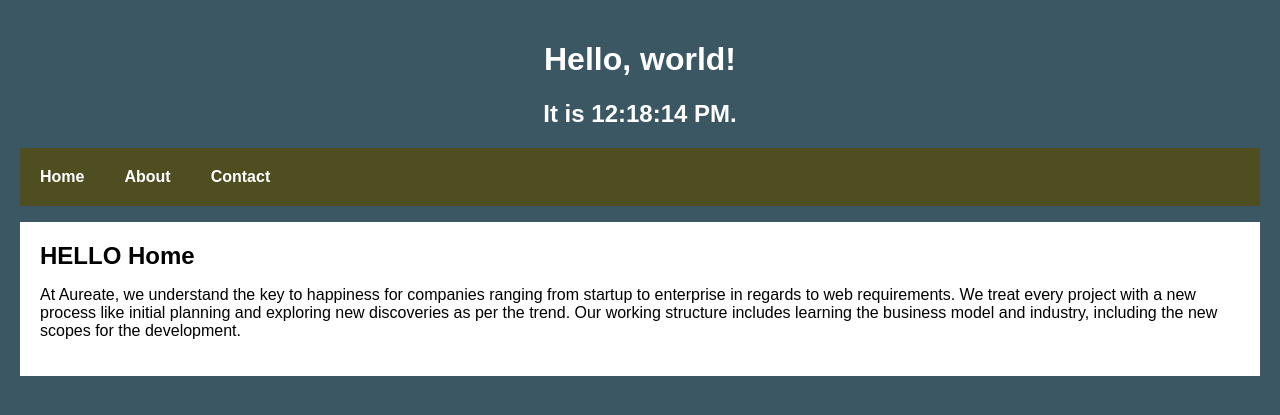
Repository: hardikaureate/React-Pages-Menu
Page: /
The author's editor kept a copy of each file at every save. The page is drawn from the files as they stood at one save, then again after the next save.
The browser window is 1280 px wide. The pictures show the whole page.
The project was rebuilt for these pictures with package versions that can differ from the ones it lists, and the page was loaded fresh each time. Also part of the build but not shown: src/About.js, src/Contact.js.

Above is the page before, as saved 2020-10-09 14:58:48.

After the next save:
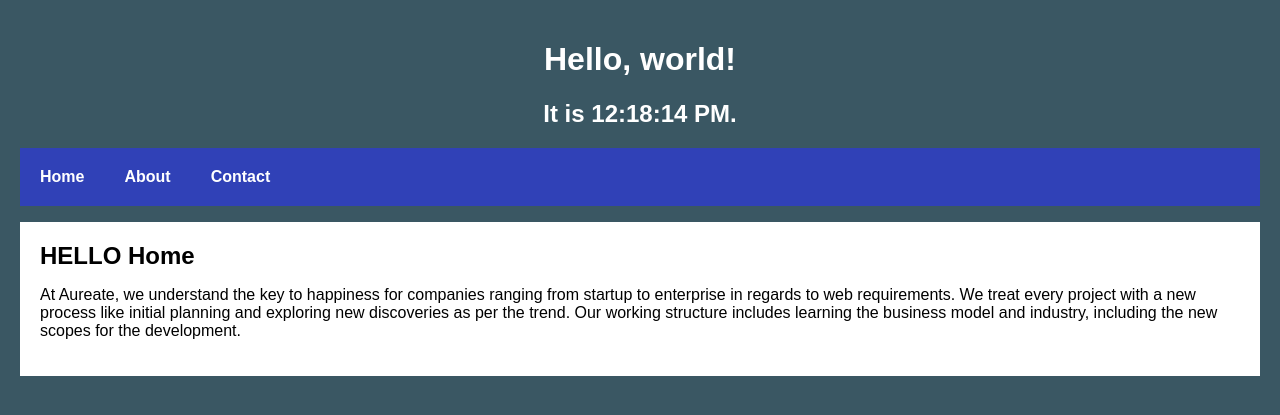
Saved 33 s later.
--- a/src/index.css
+++ b/src/index.css
@@ -19,7 +19,7 @@
 }
 
 ul.header {
-    background-color: #4e4e21;
+    background-color: #3041b7;
     padding: 0;
 }
 
